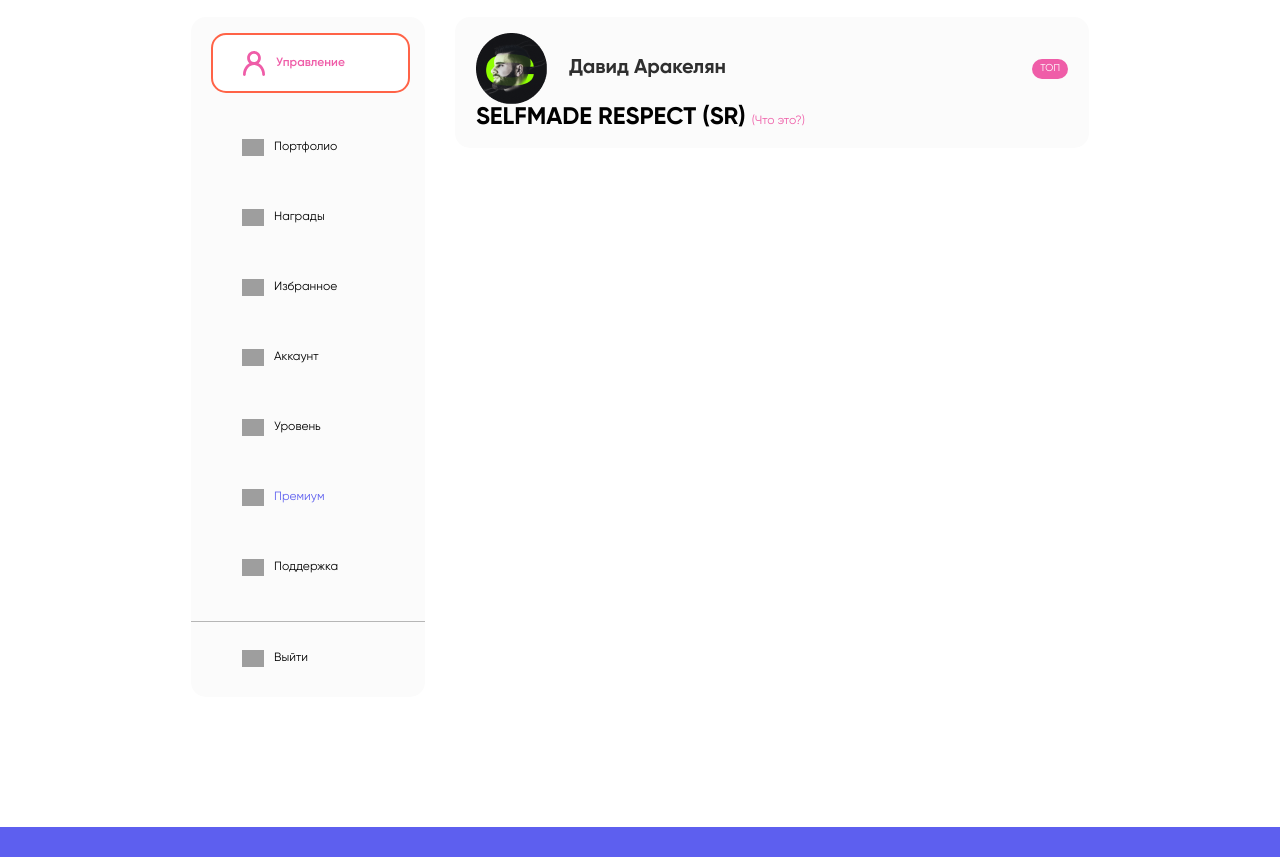
Repository: alexboagreek/selfmade
Page: index.html
These files come from the project's save history. The page is drawn as it stood at one moment and after a run of saves; the edit follows.
The browser window is 1280 px wide. The pictures show the part of the page from y = 353 to 1210 px (the page is 1719 px tall).
Pictures or frames that could not be fetched are drawn as grey boxes. A picture or video elsewhere on the page could not be fetched, so the positions and the page height are approximate.

Above is the page before, as saved 2022-12-13 12:46:28.

After the next 4 saves:
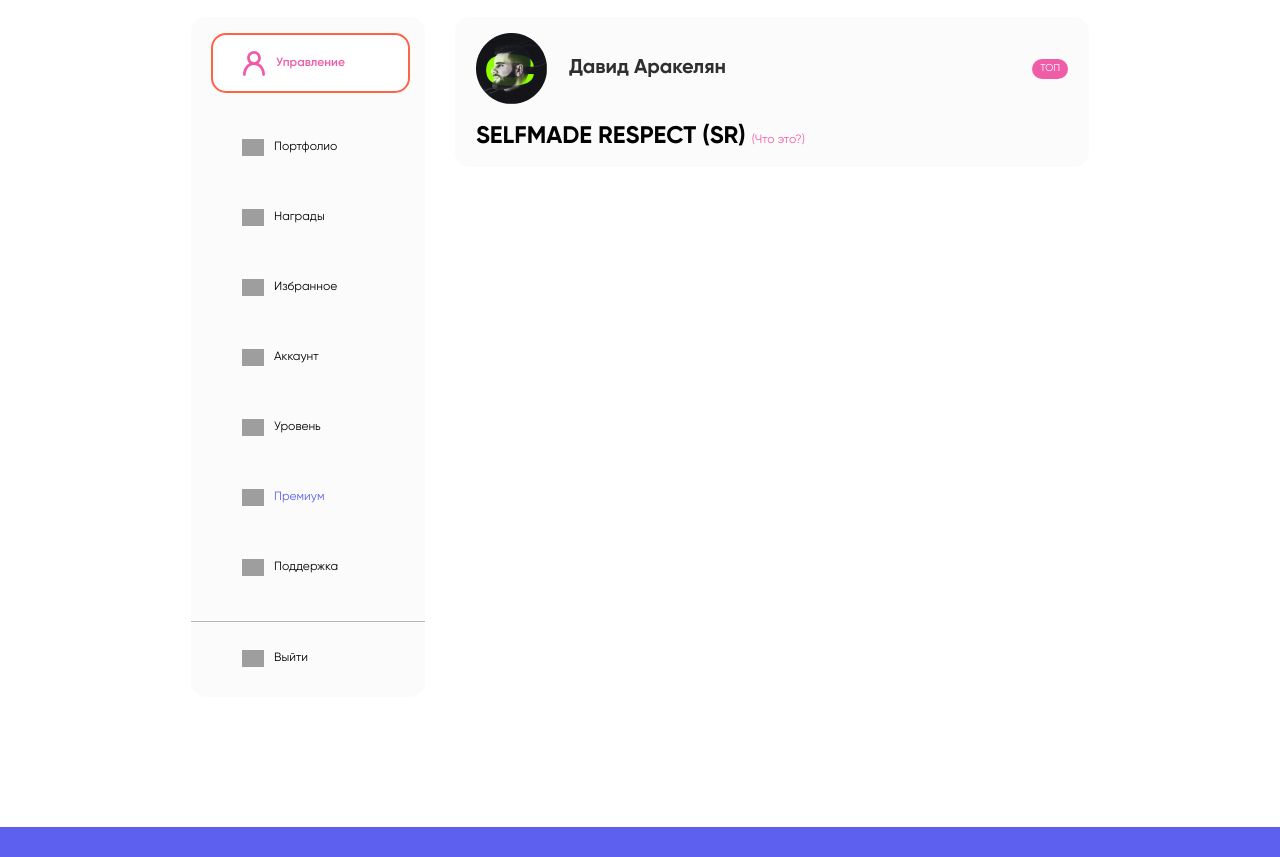
The 4 saves are shown as one change because they came seconds apart.
The last was saved 63 s later.
--- a/css/interface.css
+++ b/css/interface.css
@@ -4,11 +4,14 @@
     width: 634px;
     background-color: var(--color-main);
 }
+
 .interface__box_header {
     display: flex;
     justify-content: space-between;
     align-items: center;
+    margin-bottom: 19px;
 }
+
 .user__info {
     display: flex;
     align-items: center;
